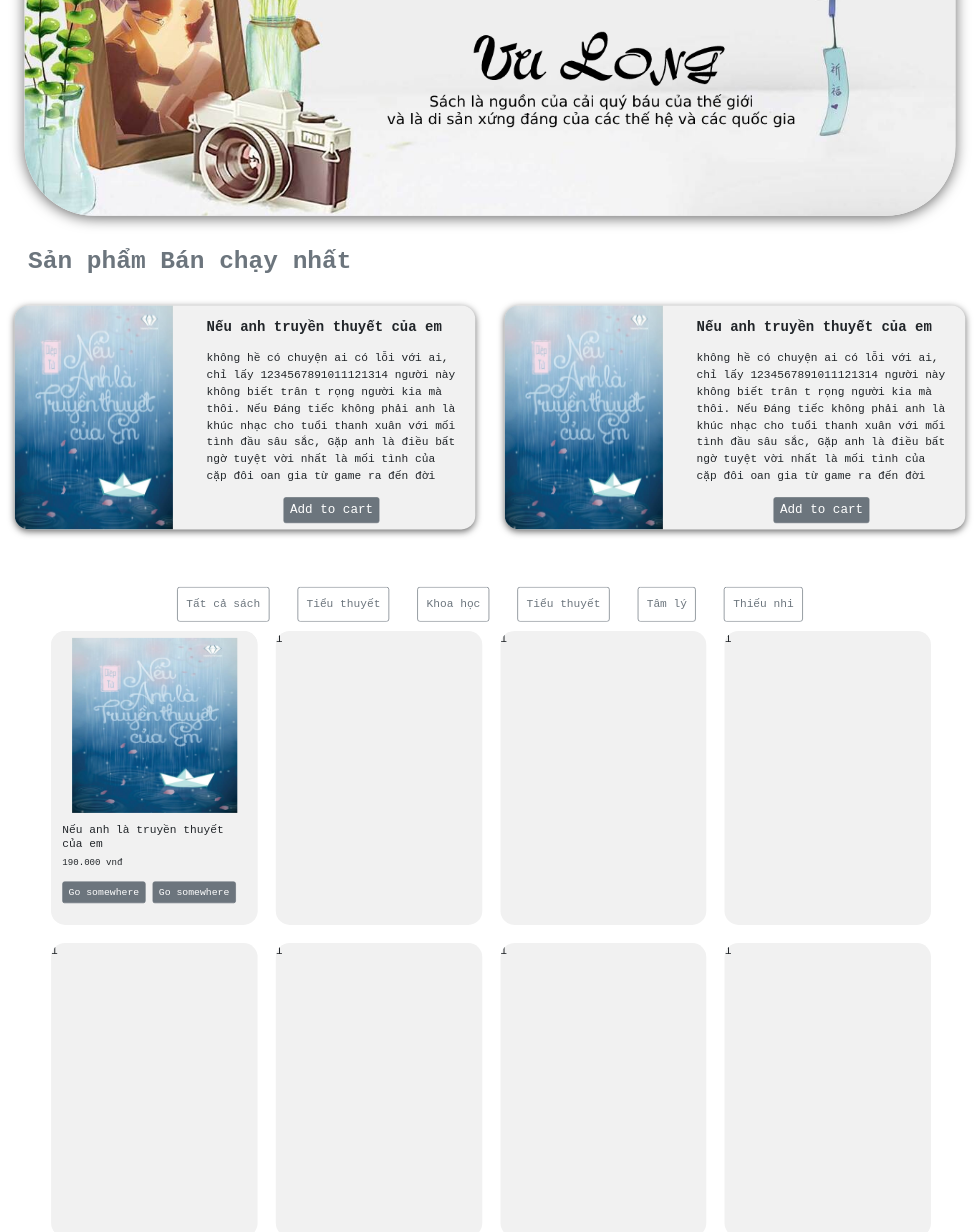
Repository: VuNgocLong2626/exercise_web_CT428
Page: VuNgocLongB1805784/user/test.html
The author's editor kept a copy of each file at every save. The page is drawn from the files as they stood at one save, then again after the next save.
The browser window is 1280 px wide. The page is 1400 px wide, so the pictures cover 1400 px, including what lies to the right of the window. The pictures show the part of the page from y = 356 to 2116 px (the page is 3000 px tall), at 70% of full size.

Above is the page before, as saved 2021-10-04 14:50:12.

After the next save:
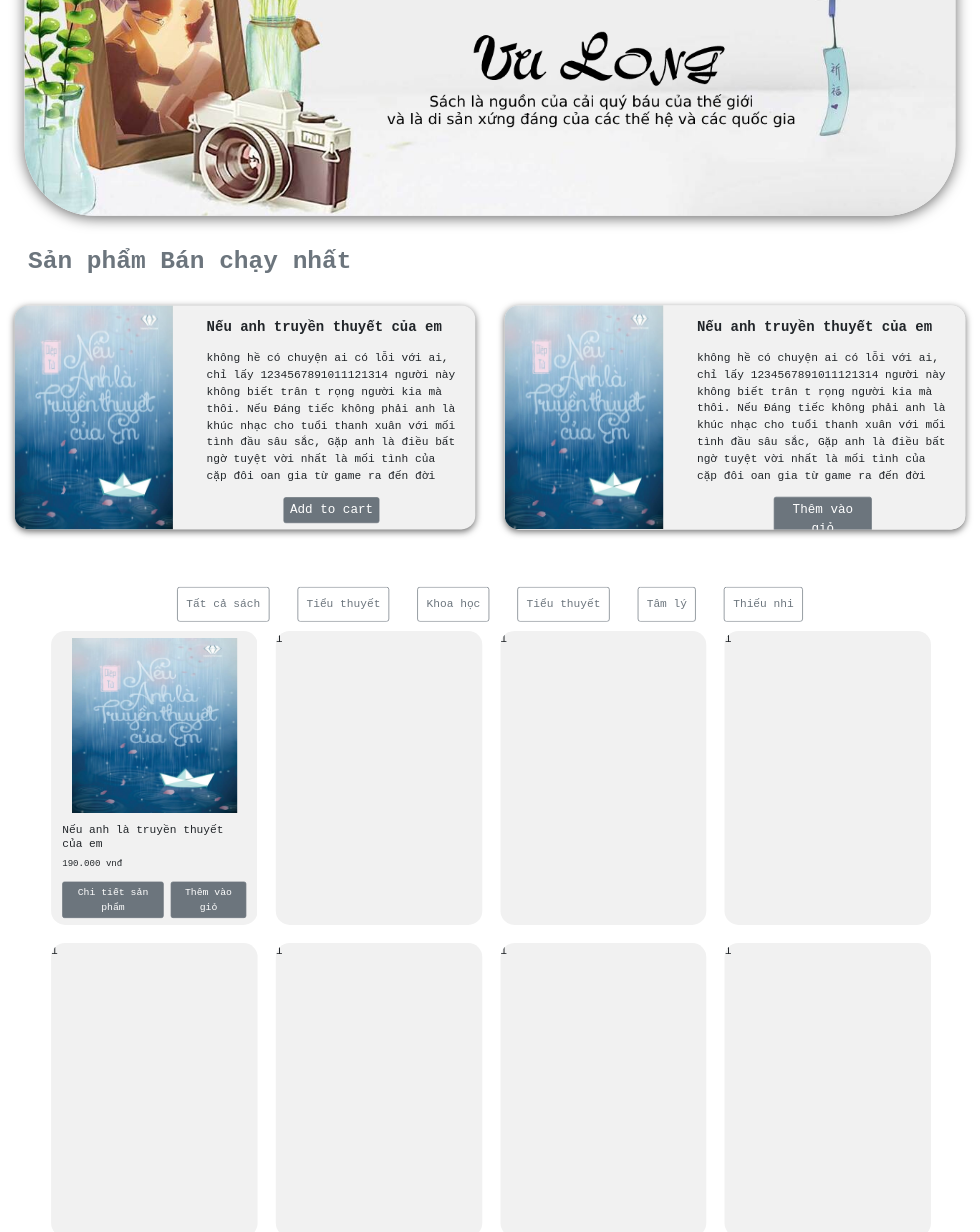
Saved 54 s later.
--- a/VuNgocLongB1805784/user/test.html
+++ b/VuNgocLongB1805784/user/test.html
@@ -60,7 +60,7 @@
                                     rọng người kia mà thôi. Nếu Đáng tiếc không phải anh là khúc nhạc cho tuổi thanh xuân với mối tình đầu sâu sắc,
                                     Gặp anh là điều bất ngờ tuyệt vời nhất là mối tình của cặp đôi oan gia từ game ra đến đời    </p>
                             </div>
-                            <button type="button" class="btn btn-secondary btn-sm btn-hot">Add to cart</button>
+                            <button type="button" class="btn btn-secondary btn-sm btn-hot">Thêm vào giỏ</button>
                         </div>
                     </div>
                 </div>
@@ -85,8 +85,8 @@
                             <h6 class="card-title">Nếu anh là truyền thuyết của em</h6>
                             <p>190.000 vnđ</p>
                             <div style="display: flex;">
-                                <a href="#" class="btn btn-secondary btn-sm" style="margin-right: 10px;">Go somewhere</a>
-                                <a href="#" class="btn btn-secondary btn-sm">Go somewhere</a>
+                                <a href="#" class="btn btn-secondary btn-sm" style="margin-right: 10px;">Chi tiết sản phẩm</a>
+                                <a href="#" class="btn btn-secondary btn-sm">Thêm vào giỏ</a>
                             </div>
                         </div>
                     </div>
